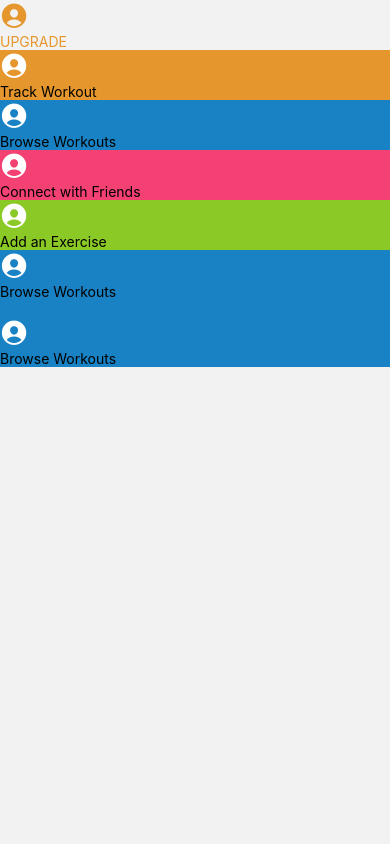
Repository: katjalmarko/React-Native-Fitness-App-with-Subscription
Screen: /
These files come from the project's save history. The screen is drawn as it stood at one moment and after a run of saves; the edit follows.
Pictures or frames that could not be fetched are drawn as grey boxes. The app was drawn by React Native's web renderer in a window 390 px wide. The project was rebuilt for these pictures with package versions that can differ from the ones it lists, and the page was loaded fresh each time.

Above is the screen before, as saved 2023-05-08 18:00:59.

### App.tsx
import { StatusBar } from 'expo-status-bar';
import { SafeAreaView, Text } from 'react-native';
import { NavigationContainer } from '@react-navigation/native';
import { createNativeStackNavigator } from '@react-navigation/native-stack';
import HomeScreen from './screens/HomeScreen';

const Stack = createNativeStackNavigator();

export default function App() {
  return (
    <NavigationContainer>
      <Stack.Navigator>
        <Stack.Screen
        options={{
          headerShown: false
        }}
        name="Home" component={HomeScreen} />
      </Stack.Navigator>
    </NavigationContainer>
  );
}

### screens/HomeScreen.tsx
import { Text, SafeAreaView, Image, TouchableOpacity, ScrollView } from 'react-native'
import { Ionicons } from '@expo/vector-icons';
import ActionRow from '../components/ActionRow';

const HomeScreen = () => {
  return (
    <SafeAreaView className='flex-1 bg-gray-100 relative'>
      {/* Scroll Zatiaľ nefunguje pre Android */}
      <ScrollView>
        {/* PRO/UPGRADE Button */}
        <TouchableOpacity className='absolute z-50 top-5 right-10 items-center'>
          <Ionicons name="person-circle" size={30} color="#E5962D" />
          <Text className='text-center' style={{color:"#E5962D"}}>UPGRADE</Text>
        </TouchableOpacity>

        <Image
          source={{ uri: "https://i.imgur.com/e14NE49.png" }}
          className='w-full h-64'
        />

        {/* ActionRow */}
        <ActionRow
          title="Track Workout"
          screen="Demo"
          color="#E5962D"
          icon="fitness"
          vertical
        />
        <ActionRow
          title="Browse Workouts"
          screen="Demo"
          color="#1982C4"
          icon="library"
          vertical
        />
        <ActionRow
          title="Connect with Friends"
          screen="Demo"
          color="#F44174"
          icon="share-social"
          vertical
        />
        <ActionRow
          title="Add an Exercise"
          screen="Demo"
          color="#8AC926"
          icon="add-circle"
          vertical
        />
        <ActionRow
          title="Browse Workouts
          "
          screen="Demo"
          color="#1982C4"
          icon="library"
          vertical
        />
        <ActionRow
          title="Browse Workouts"
          screen="Demo"
          color="#1982C4"
          icon="library"
          vertical
        />

        {/* ActionRow */}
        {/* ActionRow */}
        {/* ActionRow */}
        {/* ActionRow */}

      </ScrollView>
    </SafeAreaView>
  )
}

export default HomeScreen

### components/ActionRow.tsx
import { TouchableOpacity, Text } from 'react-native'
import { Ionicons } from '@expo/vector-icons';

type Props = {
  title: string;
  screen: any;
  color: string;
  requiresPro?: boolean;
  icon?: any;
  vertical?: boolean;
};

const ActionRow = ({ title, screen, color, requiresPro, icon, vertical }: Props) => {
  return (
    <TouchableOpacity className='' style={{ backgroundColor: color }}>
      <Ionicons name="person-circle" size={30} color="white" />
      <Text>{title}</Text>
    </TouchableOpacity>
  )
}

export default ActionRow

After the next 3 saves:
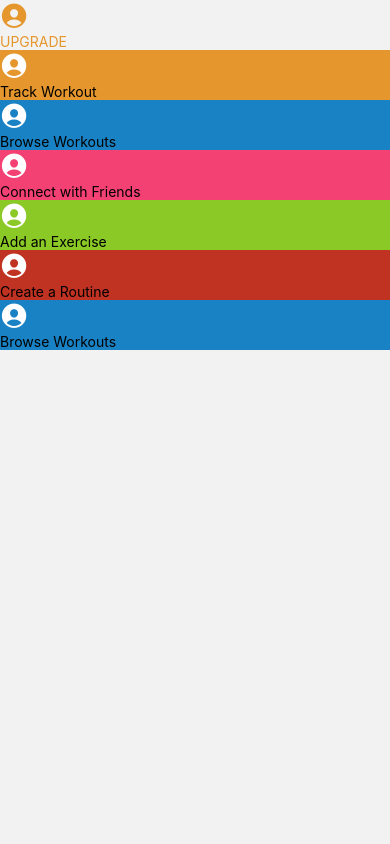
The 3 saves are shown as one change because they came seconds apart.
The last was saved 12 s later.
--- a/screens/HomeScreen.tsx
+++ b/screens/HomeScreen.tsx
@@ -48,10 +48,9 @@ const HomeScreen = () => {
           vertical
         />
         <ActionRow
-          title="Browse Workouts
-          "
+          title="Create a Routine"
           screen="Demo"
-          color="#1982C4"
+          color="#C03221"
           icon="library"
           vertical
         />
